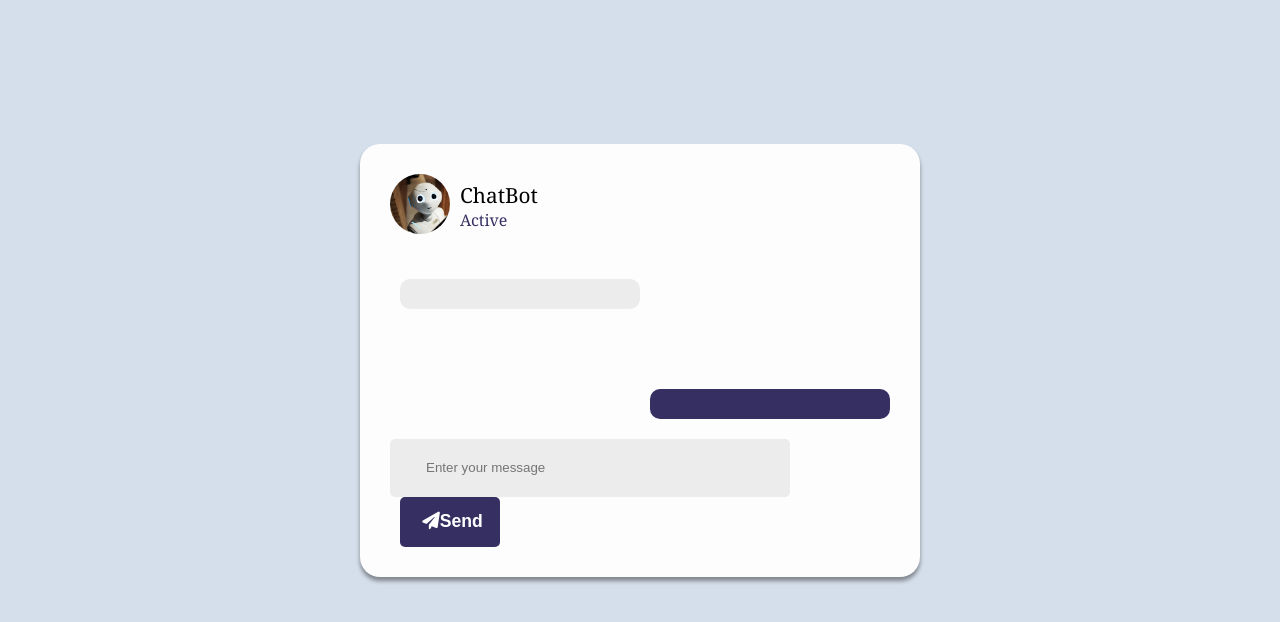
Repository: Ellisvelandia/chatbot
Page: /
These files come from the project's save history. The page is drawn as it stood at one moment and after a run of saves; the edit follows.
The browser window is 1280 px wide. The pictures show the whole page.
The project was rebuilt for these pictures with package versions that can differ from the ones it lists, and the page was loaded fresh each time.

Above is the page before, as saved 2022-09-12 18:47:36.

### public/index.html
<!DOCTYPE html>
<html lang="en">
  <head>
    <meta charset="utf-8" />
    <link rel="icon" href="%PUBLIC_URL%/favicon.ico" />
    <meta name="viewport" content="width=device-width, initial-scale=1" />
    <meta name="theme-color" content="#000000" />
    <meta
      name="description"
      content="Web site created using create-react-app"
    />
    <link rel="apple-touch-icon" href="%PUBLIC_URL%/logo192.png" />

    <link rel="manifest" href="%PUBLIC_URL%/manifest.json" />
    <link
      rel="stylesheet"
      href="https://cdnjs.cloudflare.com/ajax/libs/font-awesome/6.2.0/css/all.min.css"
      integrity="sha512-xh6O/CkQoPOWDdYTDqeRdPCVd1SpvCA9XXcUnZS2FmJNp1coAFzvtCN9BmamE+4aHK8yyUHUSCcJHgXloTyT2A=="
      crossorigin="anonymous"
      referrerpolicy="no-referrer"
    />
    <title>React Chat</title>
  </head>
  <body>
    <noscript>You need to enable JavaScript to run this app.</noscript>
    <div id="root"></div>
  </body>
</html>

### src/index.css
body {
  margin: 0;
  padding: 0;
  box-sizing: border-box;
  font-family: Georgia, "Times New Roman", Times, serif;
  background: rgba(213, 223, 235, 255);
}

### src/App.js
import "./App.css";
import image from "./img/bot_image.jpg";

function App() {
  return (
    <div className="App">
      <div className="wrapper">
        <div className="content">
          <div className="header">
            <div className="img">
              <img src={image} alt="bot" />
            </div>
            <div className="right">
              <div className="name">ChatBot</div>
              <div className="status">Active</div>
            </div>
          </div>
          <div className="main">
            <div className="main_content">
              <div className="messages">
                <div className="bot-message" id="message1"></div>
                <div className="human-message" id="message2"></div>
              </div>
            </div>
          </div>
          <div className="bottom">
            <div className="btm">
              <div className="input">
                <input
                  type="text"
                  id="input"
                  placeholder="Enter your message"
                />
                <div className="btn">
                  <button>
                    <i class="fa fa-paper-plane"></i>Send
                  </button>
                </div>
              </div>

            </div>
          </div>
        </div>
      </div>
    </div>
  );
}

export default App;

### src/App.css
.App {
  display: flex;
  align-items: center;
  justify-content: center;
  min-height: 100vh;
}
.wrapper {
  width: 100%;
  max-width: 500px;
  padding: 30px 30px;
  background: #fdfdfe;
  border-radius: 20px;
  box-shadow: 0 4px 4px rgba(0, 0, 0, 0.4);
}
.wrapper .content .header {
  display: flex;
  align-items: center;
}
.wrapper .content .header .img img {
  width: 60px;
  height: 60px;
  object-fit: cover;
  border-radius: 50%;
}
.wrapper .content .header .right {
  margin-left: 10px;
}
.wrapper .content .header .right .name {
  font-weight: 500;
  font-size: 1.3em;
}
.wrapper .content .header .right .status {
  /* font-size: 0.8em; */
  color: #363062;
  font-weight: 500;
}
.wrapper .content .main {
  margin: 30px 0 0;
}
.wrapper .content .main .main_content .messages {
  display: flex;
  align-items: center;
  justify-content: space-between;
}
.wrapper .content .main .main_content .messages .bot-message {
  width: 100%;
  padding: 15px;
  text-align: center;
  background: #edeced;
  font-style: 1.1em;
  border-radius: 10px;
  margin: 0 10px 0;
}
.wrapper .content .main .main_content .messages .human-message {
  width: 100%;
  padding: 15px;
  text-align: center;
  background: #363062;
  color: #edeced;
  font-style: 1.1em;
  border-radius: 10px;
  /* margin: 0 10px 0; */
  position: relative;
  top: 120px;
  margin-bottom: 20px;
}
.wrapper .content .bottom {
  margin: 120px 0 0;
}
.wrapper .content .bottom .btm {
  display: flex;
  align-items: center;
}
.wrapper .content .bottom .btm .input input {
  width: 400px;
  height: 58px;
  padding-left: 36px;
  outline: none;
  border: none;
  background: #edeced;
  box-sizing: border-box;
  border-radius: 5px;
}
.wrapper .content .bottom .btm .btn {
  margin-left: 10px;
}
.wrapper .content .bottom .btm .btn button {
  width: 100px;
  height: 50px;
  border: none;
  outline: none;
  border-radius: 5px;
  background: #363062;
  color: #fff;
  font-weight: 600;
  cursor: pointer;
  font-size: 1.1em;
}
.wrapper .content .bottom .btm .btn button i {
  margin-left: 5px;
}

Loaded but not shown: src/index.js (common file)

After the next 2 saves:
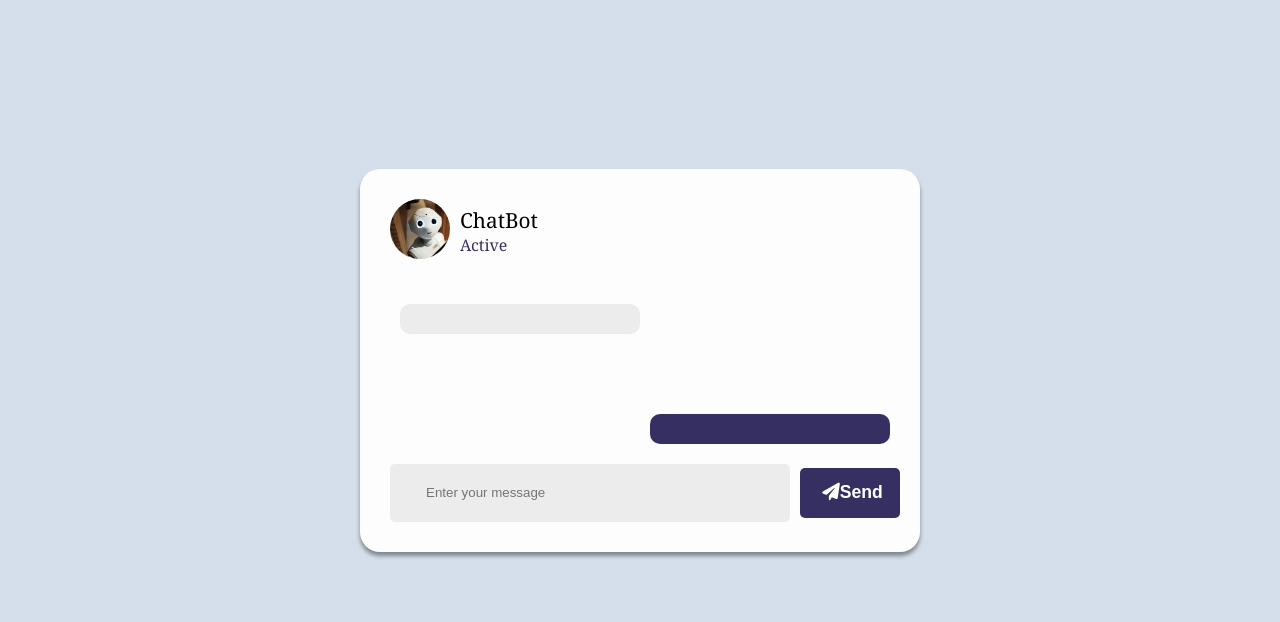
The 2 saves are shown as one change because they came seconds apart.
The last was saved 6 s later.
--- a/src/App.js
+++ b/src/App.js
@@ -31,13 +31,13 @@
                   id="input"
                   placeholder="Enter your message"
                 />
-                <div className="btn">
+
+              </div>
+              <div className="btn">
                   <button>
                     <i class="fa fa-paper-plane"></i>Send
                   </button>
                 </div>
-              </div>
-
             </div>
           </div>
         </div>
